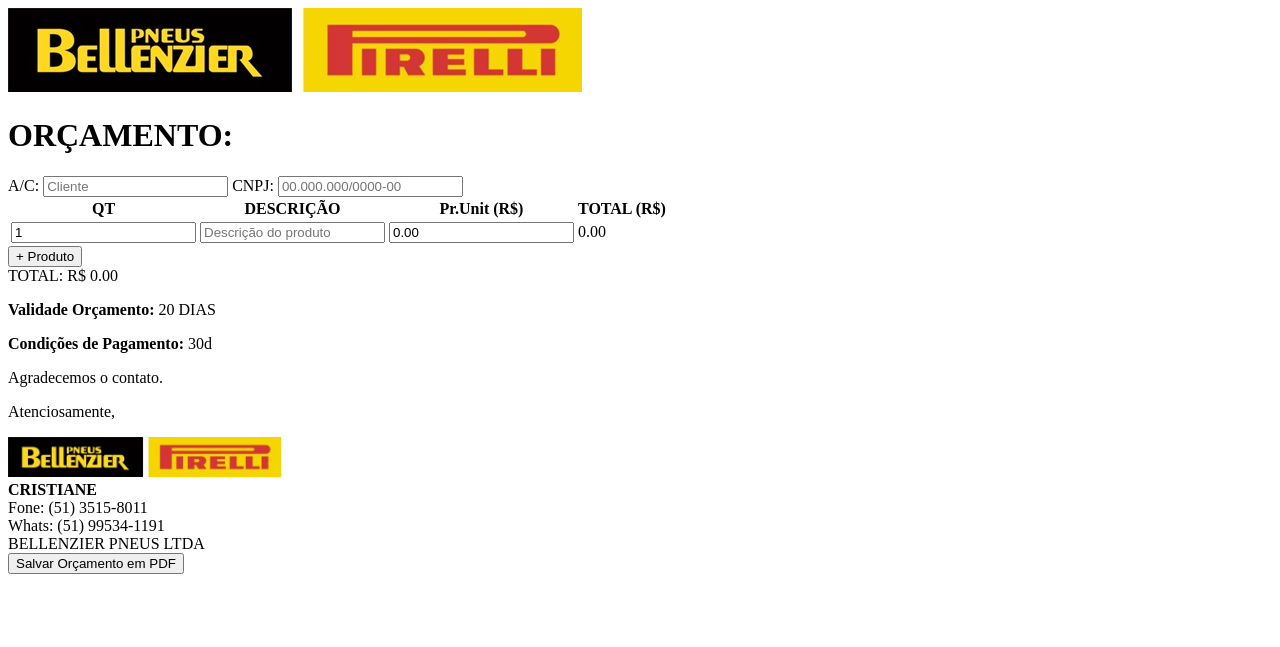
Repository: Cristiane-Sartori14/Orcamento
Page: index.html
The author's editor kept a copy of each file at every save. The page is drawn from the files as they stood at one save, then again after the next save.
The browser window is 1280 px wide. The pictures show the whole page.

Above is the page before, as saved 2025-06-29 09:35:31.

After the next save:
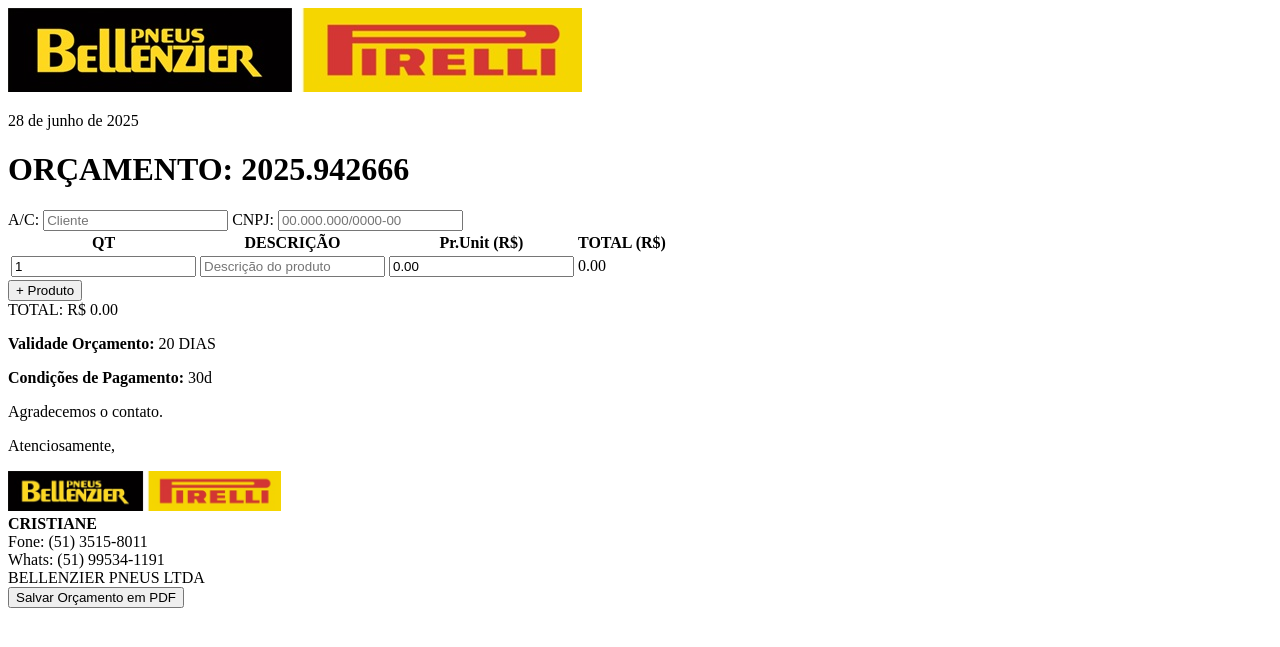
Saved 4 min 17 s later.
--- a/index.html
+++ b/index.html
@@ -3,6 +3,7 @@
 <head>
   <meta charset="UTF-8">
   <title>Orçamento Automático</title>
+   <script src="Script.js" defer></script>
   <script src="https://cdnjs.cloudflare.com/ajax/libs/html2pdf.js/0.10.1/html2pdf.bundle.min.js"></script>
 </head>
 <body>
